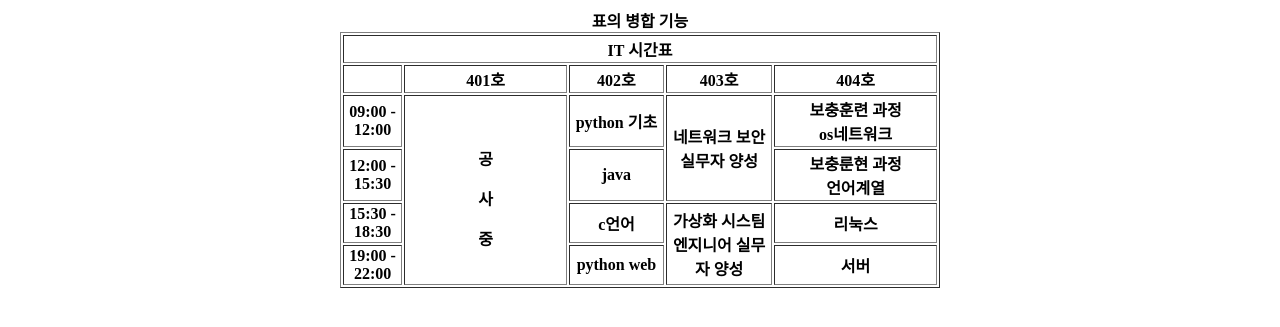
Repository: sika5382/jsp
Page: html/WebContent/NewFile1.html
An editor plug-in stored every save of this project. The page is shown before and after the next save, followed by the edit.
The browser window is 1280 px wide. The pictures show the whole page.

Above is the page before, as saved 2020-10-29 06:19:02.

### html/WebContent/NewFile1.html
<!DOCTYPE html>
<html>
<head>
<meta charset="UTF-8">
<title>Insert title here</title>
</head>
<body>

	<table border = "1" align="center" width ="600">

		<caption><b>표의 병합 기능</b></caption>

		<tr>
			<th colspan = "5"> IT 시간표</th>

		</tr>

		<tr>
			<th width ="100"></th>
			<th width ="500">401호</th>
			<th width ="200">402호</th>
			<th width ="300">403호</th>
			<th width ="300">404호</th>
		</tr>

		<tr>
			<th width ="100">09:00 - 12:00</th>
			<th rowspan="4"><p>공</p><p>사</p>중</th>
			<th>python 기초</th>
			<th rowspan="2">네트워크 보안<br>실무자 양성</th>
			<th width ="500">보충훈련 과정<br>os네트워크</th>
		</tr>

		<tr>
			<th width ="100">12:00 - 15:30</th>
			<th>java</th>
			<th>보충룬현 과정<br>언어계열</th>
		</tr>


		<tr>
			<th width ="100">15:30 - 18:30</th>
			<th>c언어</th>
			<th rowspan="2">가상화 시스팀 <br> 엔지니어 실무자 양성</th>
			<th>리눅스</th>
		</tr>

		<tr>
			<th width ="100">19:00 - 22:00</th>
			<th>python web</th>
			<th>서버</th>
		</tr>


	</table>


</body>
</html>

After the next save:
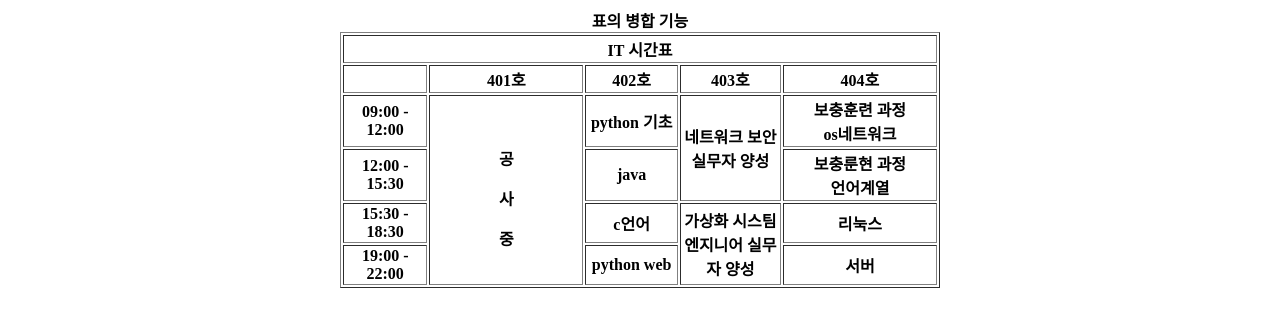
Saved 4 s later.
--- a/html/WebContent/NewFile1.html
+++ b/html/WebContent/NewFile1.html
@@ -16,7 +16,7 @@
 		</tr>
 
 		<tr>
-			<th width ="100"></th>
+			<th width ="200"></th>
 			<th width ="500">401호</th>
 			<th width ="200">402호</th>
 			<th width ="300">403호</th>
